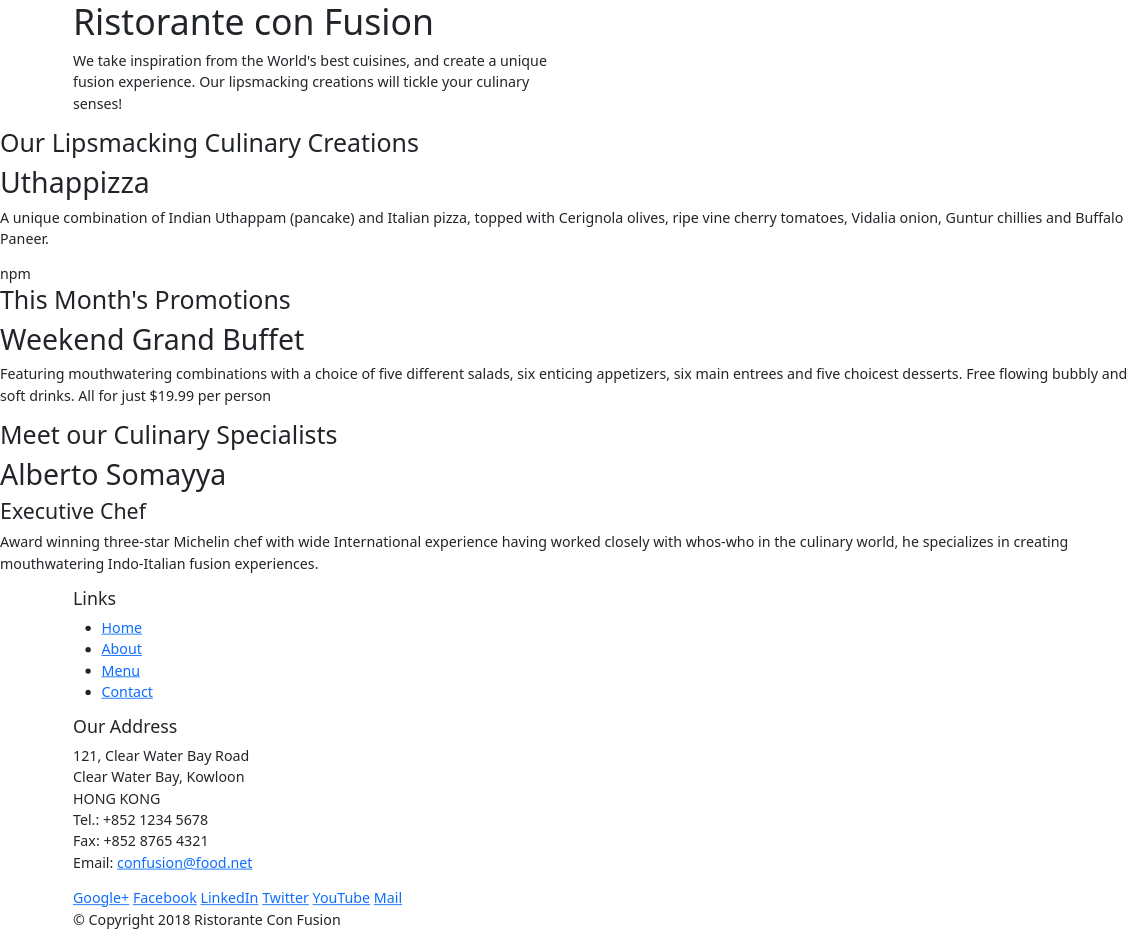
Repository: GiaBaooLe/Reactjs
Page: index.html
An editor plug-in stored every save of this project. The page is shown before and after the next save, followed by the edit.
The browser window is 1280 px wide. The pictures show the whole page, at 89% of full size.
Some web libraries are served in a nearby version.

Above is the page before, as saved 2023-09-12 13:44:05.

After the next save:
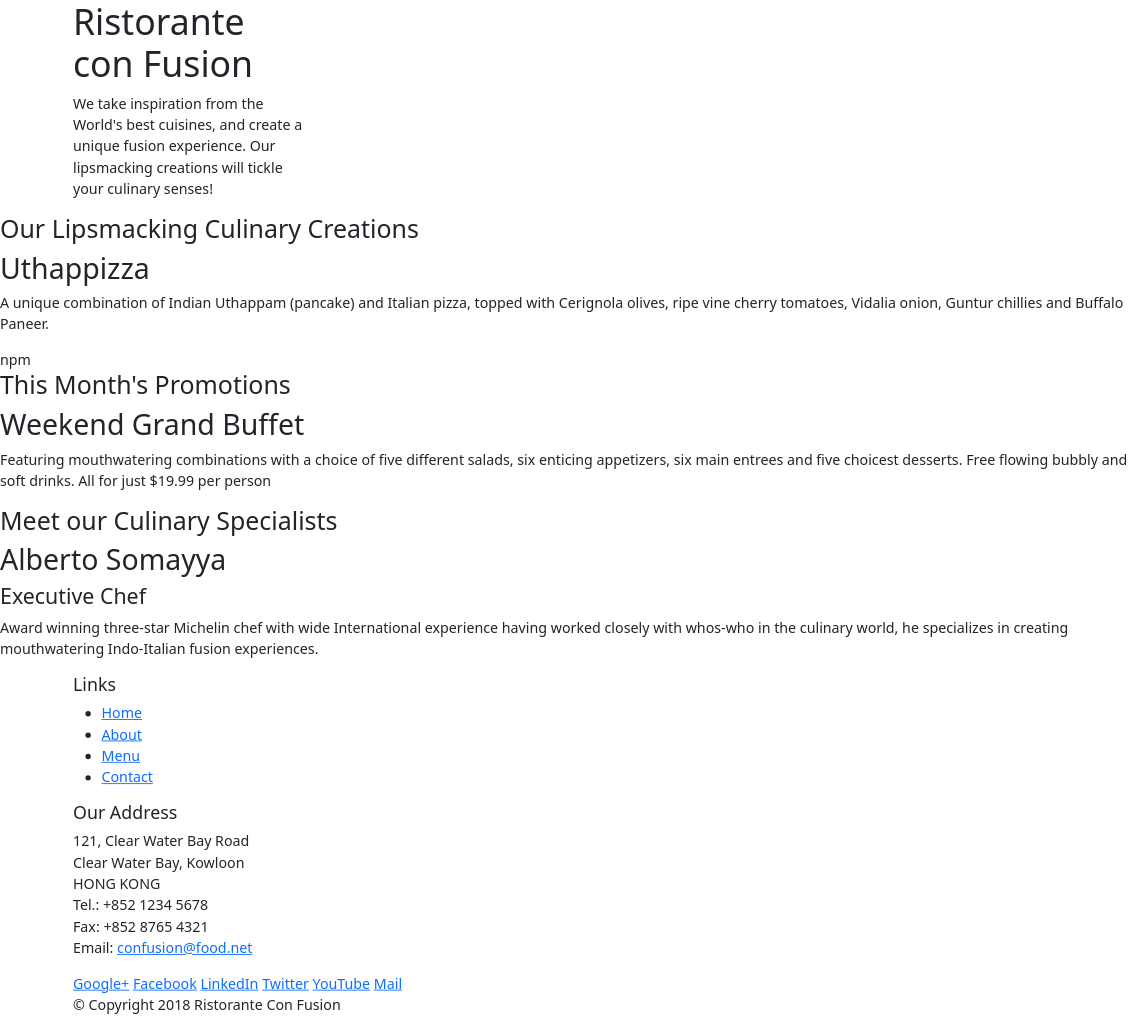
Saved 76 s later.
--- a/index.html
+++ b/index.html
@@ -24,7 +24,7 @@
             <div class="row">
 
 
-          <div class="col-12 col-sm-6">
+          <div class="col-12 col-sm-4 col-md-3">
             <h1>Ristorante con Fusion</h1>
             <p>
               We take inspiration from the World's best cuisines, and create a

After the save that followed:
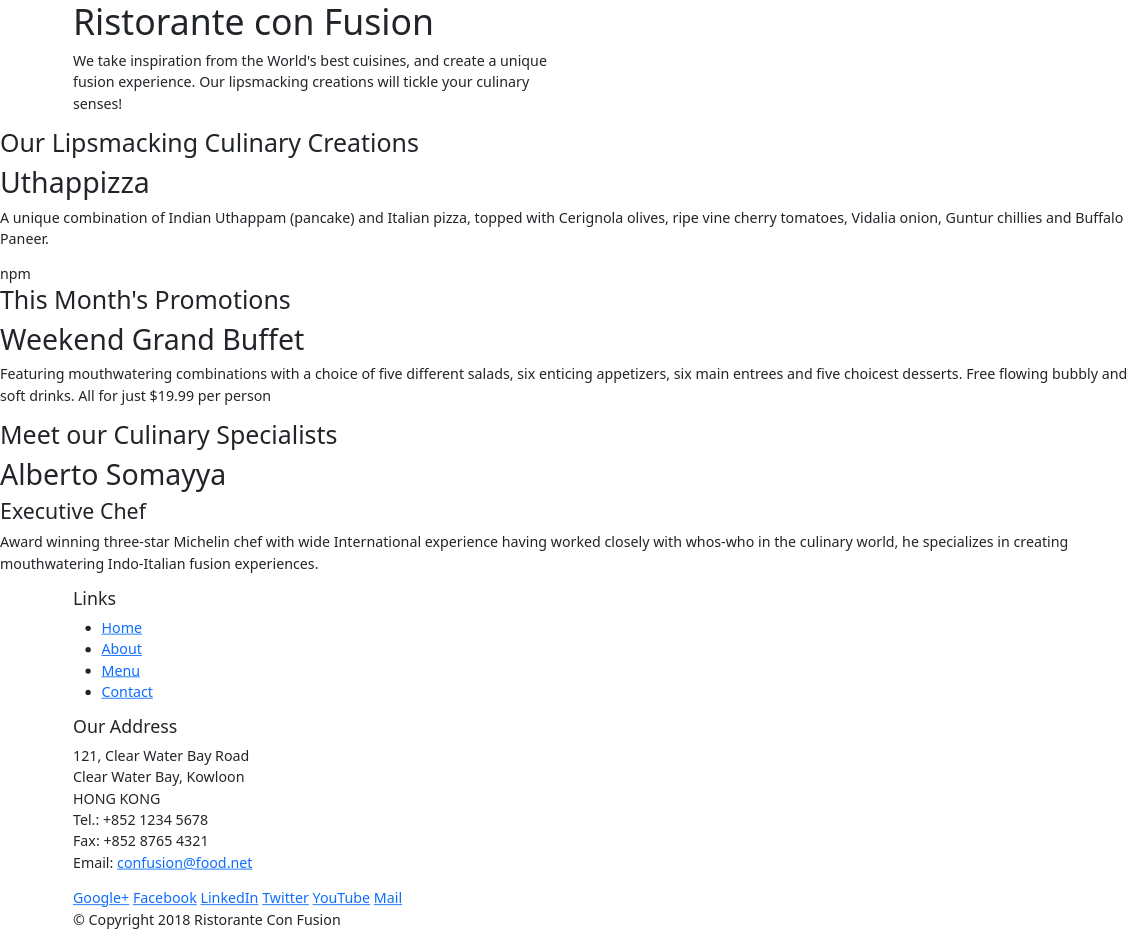
Saved 47 s later.
--- a/index.html
+++ b/index.html
@@ -24,7 +24,7 @@
             <div class="row">
 
 
-          <div class="col-12 col-sm-4 col-md-3">
+          <div class="col-12 col-sm-6">
             <h1>Ristorante con Fusion</h1>
             <p>
               We take inspiration from the World's best cuisines, and create a
